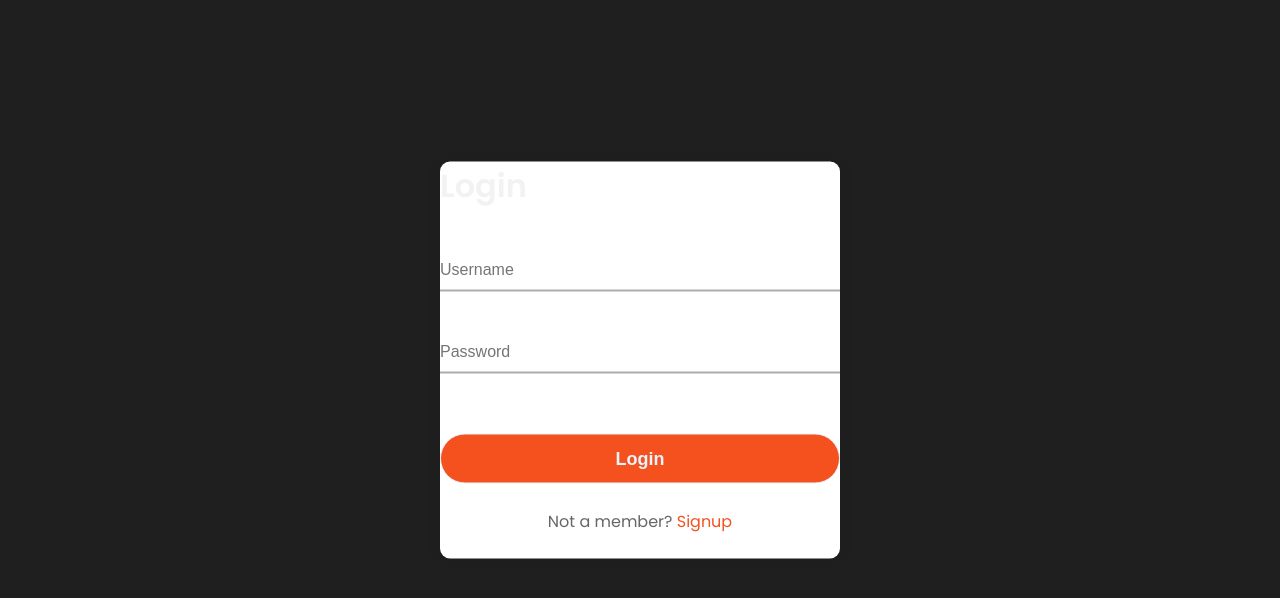
Repository: long5122000/Shopc
Page: login.html
An editor plug-in stored every save of this project. The page is shown before and after the next save, followed by the edit.
The browser window is 1280 px wide. The pictures show the whole page.
The style sheet was rebuilt from its Sass, Less or Tailwind sources for each picture, by a compiler version that may differ from the author's.

Above is the page before, as saved 2021-11-30 20:57:14.

### login.html
<!DOCTYPE html>
<html lang="en">
  <head>
    <meta charset="UTF-8" />
    <meta http-equiv="X-UA-Compatible" content="IE=edge" />
    <meta name="viewport" content="width=device-width, initial-scale=1.0" />
    <title>Document</title>
    <link rel="stylesheet" href="./css/app.css" />
  </head>
  <body>
    <div class="container-ds">
      <h1>Login</h1>
      <form>
        <div class="form-control">
          <input type="text" id="username" placeholder="Username" />
          <span></span>
          <small></small>
        </div>

        <div class="form-control">
          <input type="password" id="password" placeholder="Password" />
          <span></span>
          <small></small>
        </div>

        <input type="submit" value="Login" />
        <div class="signup_link">
          Not a member? <a href="./register.html">Signup</a>
        </div>
      </form>
    </div>
  </body>
</html>

### sass/app.scss
@import "variables";
@import "reset";
@import "mixin";
@import "base";
@import "header";
@import "cart";
@import "search";
@import "info";
@import "home";
@import "category";
@import "about";
@import "hot";
@import "discount";
@import "new";
@import "newsletter";
@import "footer";
@import "modal";
@import "scroll";
@import "register";
@import "breakpoints";

### sass/_variables.scss
@import url("https://fonts.googleapis.com/css2?family=Poppins:wght@400;500;600;900&display=swap");
:root {
  --header-height: 3.5rem;
  /* Colors */
  --hue: 14;
  --first-color: hsl(var(--hue), 91%, 54%);
  --menu-color: hsl(31, 76%, 74%);
  --button-color: hsl(0, 0%, 24%);
  --button-color-alt: hsl(0, 0%, 28%);
  --title-color: hsl(0, 0%, 95%);
  --text-color: hsl(0, 0%, 75%);
  --body-color: hsl(0, 0%, 12%);
  --container-color: hsl(0, 0%, 16%);
  --border-color: hsl(0, 0%, 20%);
  --border-color: hsl(0, 0%, 94%);
  --dark1: #3e363f;
  --dark2: #212527;
  --light1: #fffce8;
  --light2: #edf7f6;
  --red: #df4747;
  --green: #47df5b;
  --transition250: all 250ms ease-in-out;
  --transition500: all 500ms ease-in-out;
  /* Font and typography */
  --body-font: "Poppins", sans-serif;
  --biggest-font-size: 2rem;
  --h1-font-size: 1.5rem;
  --h2-font-size: 1.25rem;
  --h3-font-size: 1rem;
  --normal-font-size: 0.938rem;
  --small-font-size: 0.813rem;
  /* font weight */
  --font-medium: 500;
  --font-semi-bold: 600;
  --font-black: 900;
  /* margenes bottom */
  --mb-0-25: 0.25rem;
  --mb-0-5: 0.5rem;
  --mb-0-75: 0.75rem;
  --mb-1: 1rem;
  --mb-1-5: 1.5rem;
  --mb-2: 2rem;
  --mb-2-5: 2.5rem;
  /* z-index */
  --z-tooltip: 10;
  --z-fixed: 100;

  @media screen and (min-width: 992px) {
    --biggest-font-size: 4rem;
    --h1-font-size: 2.25rem;
    --h2-font-size: 1.5rem;
    --h3-font-size: 1.25rem;
    --normal-font-size: 1rem;
    --small-font-size: 0.875rem;
    --smaller-font-size: 0.813rem;
  }
}

/*=============== GOOGLE FONTS ===============*/

### sass/_reset.scss
html {
  box-sizing: border-box;
}
* {
  margin: 0;
  padding: 0;
}
*,
*:before,
*:after {
  box-sizing: border-box;
}
input,
textarea,
select,
button {
  outline: none;
  border: none;
}
input {
  line-height: normal;
}
label,
button {
  cursor: pointer;
}
a {
  text-decoration: none;
}
img {
  display: block;
  max-width: 100%;
}

### sass/_mixin.scss
@mixin flex(
  $align: flex-start,
  $justify: flex-start,
  $wrap: nowrap,
  $dir: row
) {
  display: flex;
  justify-content: $justify;
  align-items: $align;
  flex-wrap: $wrap;
  flex-direction: $dir;
}
@mixin maxw($breakpoint) {
  @media screen and (max-width: $breakpoint) {
    @content;
  }
}
@mixin minw($breakpoint) {
  @media screen and (min-width: $breakpoint) {
    @content;
  }
}
@mixin center {
  display: flex;
  justify-content: center;
  align-items: center;
}

### sass/_base.scss
* {
  box-sizing: border-box;
  padding: 0;
  margin: 0;
}
html {
  scroll-behavior: smooth;
}
body {
  margin: var(--header-height) 0 0 0;
  font-family: var(--body-font);
  font-size: var(--normal-font-size);
  background: var(--body-color);
  color: var(--text-color);
}
h1,
h2,
h3,
h4 {
  color: var(--title-color);
  font-weight: var(--font-semi-bold);
}
ul {
  list-style: none;
}
.section {
  padding: 4.5rem 0 2rem;
}
.section__title {
  font-size: var(--h2-font-size);
  margin-bottom: var(--mb2);
  text-align: center;
}
.container {
  max-width: 1240px;
  margin-left: var(--mb-1-5);
  margin-right: var(--mb-1-5);
}
.grid {
  display: grid;
}
.main {
  overflow: hidden;
}
::-webkit-scrollbar {
  width: 0.6rem;
  background: #413e3e;
}
::-webkit-scrollbar-thumb {
  background: #272525;
  border-radius: 0.5rem;
}
.button {
  display: inline-block;
  background-color: var(--first-color);
  color: var(--title-color);
  padding: 1rem 1.75rem;
  border-radius: 0.5rem;
  font-weight: var(--font-medium);
  transition: 0.3s;
  &:hover {
    background-color: var(--first-color-alt);
  }
  &--ghost {
    border: 2px solid;
    background-color: transparent;
    border-radius: 3rem;
    padding: 0.75rem 1.5rem;
    &:hover {
      background: none;
    }
  }
  &__icon {
    font-size: 1.25rem;
  }
  &--link {
    color: var(--title-color);
  }
  &--flex {
    display: inline-flex;
    align-items: center;
    column-gap: 0.5rem;
  }
}

### sass/_header.scss
.header {
  width: 100%;
  background: var(--body-color);
  position: fixed;
  top: 0;
  left: 0;
  z-index: var(--z-fixed);
}
.nav {
  height: var(--header-height);
  @include flex(center, space-between);
  &__logo {
    @include flex(center);
    column-gap: 0.5rem;
    font-weight: var(--font-medium);
    &-img {
      width: 1.25rem;
    }
  }
  &__link,
  &__logo,
  &__toggle,
  &__close {
    color: var(--title-color);
  }
  &__toggle {
    font-size: 1.25rem;
    cursor: pointer;
  }
  @include maxw(767px) {
    &__menu {
      position: fixed;
      width: 100%;
      background: var(--container-color);
      top: -150%;
      left: 0;
      padding: 3.5rem 0;
      transition: 0.4s;
      z-index: var(--z-fixed);
      border-radius: 0 0 1.5rem 1.5rem;
    }
  }
  &__img {
    width: 100px;
    position: absolute;
    top: 0;
    left: 0;
  }
  &__close {
    font-size: 1.8rem;
    position: absolute;
    top: 0.5rem;
    right: 0.7rem;
    cursor: pointer;
  }
  &__list {
    @include flex(center, flex-start, nowrap, column);
    row-gap: 1.5rem;
  }
  &__link {
    text-transform: uppercase;
    font-weight: var(--font-black);
    transition: 0.4;
    &:hover {
      color: var(--text-color);
    }
  }
  &__btns {
    display: flex;
    font-size: var(--h2-font-size);
    gap: 0 20px;
  }
  &__shop {
    font-size: 1.25rem;
    cursor: pointer;
  }
}

.show-menu {
  top: 0;
}

.active {
  &-link {
    position: relative;
    &::before {
      content: "";
      position: absolute;
      bottom: -0.75rem;
      left: 45%;
      width: 5px;
      height: 5px;
      background-color: var(--title-color);
      border-radius: 50%;
    }
  }
}

### sass/_cart.scss
/*=============== CART ===============*/
.cart {
  position: fixed;
  background-color: rgb(59, 59, 59);
  z-index: var(--z-fixed);
  width: 100%;
  height: 100%;
  top: 0;
  right: -100%;
  padding: 3.5rem 2rem;
  transition: 0.4s;
  overflow-y: scroll;

  &__title-center {
    font-size: var(--h2-font-size);
    text-align: center;
    margin-bottom: var(--mb-3);
  }

  &__close {
    font-size: 2rem;
    color: var(--title-color);
    position: absolute;
    top: 1.25rem;
    right: 0.9rem;
    cursor: pointer;
  }

  &__container {
    display: grid;
    row-gap: 1.5rem;
  }

  &__card {
    display: flex;
    align-items: center;
    column-gap: 1rem;
  }
  &__box {
    background-color: var(--container-color);
    padding: 0.75rem 1.25rem;
    border: 1px solid #5c5c5c;
  }
  &__img {
    width: 50px;
  }
  &__title {
    font-size: var(--normal-font-size);
    margin-bottom: 0.5rem;
  }
  &__price {
    display: block;
    font-size: var(--small-font-size);
    color: var(--menu-color);
    margin-bottom: var(--mb-1-5);
  }
  &__amount,
  &__amount-content {
    display: flex;
    align-items: center;
  }
  &__amount {
    column-gap: 3rem;

    &-content {
      column-gap: 1rem;
    }
    &-box {
      display: inline-flex;
      padding: 0.25rem;
      background-color: var(--container-color);
      border: 1px solid var(--border-color);
      cursor: pointer;
    }
    &-trash {
      font-size: 1.15rem;
      color: var(--menu-color);
      cursor: pointer;
    }
  }
  &__prices {
    margin-top: 6rem;
    display: flex;
    justify-content: space-between;

    &-item,
    &-total {
      color: var(--title-color);
    }
    &-item {
      font-size: var(--small-font-size);
    }
    &-total {
      font-size: var(--h3-font-size);
      font-weight: var(--font-medium);
    }
  }
  &::-webkit-scrollbar {
    display: none;
  }
}

/* Show cart */
.show-cart {
  right: 0;
}

### sass/_search.scss
.search-box {
  width: 1px;
  height: 30px;
  background-color: rgb(88, 88, 88);
  position: relative;

  transition: all 0.5s ease;
  border-radius: 15px;
}

.search-box.open {
  width: 220px;
}

.search-input {
  width: 100%;
  height: 100%;
  border: none;
  box-shadow: none;
  background: transparent;
  color: #fff;
  padding: 20px 20px;
  font-size: 20px;
}

.search-btn {
  color: rgba(191, 191, 191);
  outline: none;
  border: none;

  position: absolute;
  right: -0;
  top: 0;
  cursor: pointer;
  font-size: 25px;
  background-color: transparent;
}

### sass/_info.scss
.info {
  position: fixed;
  background-color: rgb(59, 59, 59);
  z-index: var(--z-fixed);
  width: 100%;
  height: 100%;
  top: 0;
  right: -100%;
  padding: 5.5rem 1rem;
  transition: 0.4s;
  overflow-y: scroll;
  &__close {
    font-size: 2rem;
    color: var(--title-color);
    position: absolute;
    top: 1.25rem;
    right: 0.9rem;
    cursor: pointer;
  }
}
.show-info {
  right: 0;
}

### sass/_home.scss
.home {
  &__content {
    row-gap: 1rem;
  }
  &__group {
    display: grid;
    position: relative;
    padding-top: 2rem;
  }
  &__image {
    height: 250px;
    justify-self: center;
  }
  &__indicator {
    width: 8px;
    height: 8px;
    background-color: var(--title-color);
    border-radius: 50%;
    position: absolute;
    top: 7rem;
    right: 2rem;
    &::after {
      content: "";
      position: absolute;
      width: 1px;
      height: 48px;
      background-color: var(--title-color);
      top: -3rem;
      right: 45%;
    }
  }
  &__details {
    &-img {
      position: absolute;
      right: 0.5rem;
    }
    &-title,
    &-subtitle {
      display: block;
      font-size: var(--small-font-size);
      text-align: right;
    }
  }
  &__subtitle {
    font-size: var(--h3-font-size);
    text-transform: uppercase;
    margin-bottom: var(--mb-1);
  }
  &__title {
    font-size: var(--biggest-font-size);
    font-weight: var(--font-black);
    line-height: 109%;
    margin-bottom: var(--mb-1);
  }
  &__description {
    margin-bottom: var(--mb-1);
  }
  &__buttons {
    @include flex(center, space-between);
  }
}

.swiper {
  &-pagination {
    position: initial;
    margin-top: var(--mb-1);
    &-bullet {
      width: 5px;
      height: 5px;
      background-color: var(--title-color);
      opacity: 1;
    }
  }
}
.swiper-pagination-horizontal.swiper-pagination-bullets .swiper-pagination-bullet {
  margin: 0 0.5rem;
}
.swiper-pagination-bullet-active {
  width: 1.5rem;
  height: 5px;
  border-radius: 0.5rem;
}

### sass/_category.scss
.category {
  &__container {
    grid-template-columns: repeat(2, 1fr);
    gap: 1rem 2rem;
  }
  &__data {
    text-align: center;
  }
  &__image {
    width: 120px;
    margin: 0 auto;
    transition: 0.3s;
  }
  &__title {
    margin-bottom: var(--mb-0-25);
  }
  &__data:hover {
    .category {
      &__image {
        transform: translateY(-0.5rem);
      }
    }
  }
}
.scroll {
  &-header {
    background: var(--container-color);
  }
}

### sass/_about.scss
.about {
  &__container {
    row-gap: 2rem;
  }
  &__data {
    text-align: center;
  }
  &__description {
    margin-bottom: var(--mb-2);
  }
  &__image {
    width: 200px;
    justify-self: center;
  }
}

### sass/_hot.scss
.hot {
  &__container {
    grid-template-columns: repeat(2, 1fr);
    gap: 1.5rem;
    padding: 1rem;
  }
  &__content {
    position: relative;
    background: var(--container-color);
    border-radius: 1rem;
    padding: 1.5rem 0 1rem 0;
    text-align: center;
    overflow: hidden;

    &:hover .hot__image {
      transform: translateY(-0.5rem);
    }
    &:hover .hot__button {
      right: 0;
    }
  }
  &__image {
    width: 90px;
    transition: 0.3s;
    margin: 0 auto;
  }
  &__subtitle,
  &__price {
    display: block;
  }
  &__subtitle {
    font-size: var(--smaller-font-size);
    margin-bottom: var(--mb-0-5);
  }
  &__title,
  &__price {
    color: var(--title-color);
    font-weight: var(--font-medium);
    font-size: var(--normal-font-size);
  }
  &__button {
    display: flex;
    flex-direction: column;
    gap: 5px 0;
    padding: 0.5rem;
    border-radius: 0.25rem 0.25rem 0.75rem 0.25rem;
    position: absolute;
    right: -3rem;
    bottom: 0;
  }
  &__icon {
    font-size: 1.25rem;
    color: var(--title-color);
    &--bt {
      border-bottom: 1px solid gray;
      padding-bottom: 4px;
    }
    &:hover {
      color: var(--first-color);
    }
  }
}

### sass/_discount.scss
.discount {
  &__container {
    background: var(--container-color);
    border-radius: 1rem;
    padding: 2.5rem 0 1.5rem;
    row-gap: 0.75rem;
  }
  &__data {
    text-align: center;
  }
  &__title {
    font-size: var(--h2-font-size);
    margin-bottom: var(--mb-2);
  }
  &__image {
    width: 200px;
    justify-self: center;
  }
}

### sass/_new.scss
.new {
  &__container {
    padding-top: 1rem;
  }
  &__image {
    width: 120px;
    height: 120px;
    transition: 0.3s;
    margin: 0 auto;
    margin-bottom: var(--mb-0-5);
  }
  &__content {
    position: relative;
    background: var(--container-color);
    width: 242px;
    padding: 2rem 0 1.5rem 0;
    border-radius: 0.75rem;
    text-align: center;
    overflow: hidden;

    &:hover .new__image {
      transform: translateY(-0.5rem);
    }
    &:hover .new__button {
      right: 0;
    }
  }
  &__tag {
    position: absolute;
    top: 8%;
    left: 8%;
    background-color: var(--first-color);
    color: var(--title-color);
    font-size: var(--small-font-size);
    padding: 0.25rem 0.5rem;
    border-radius: 0.25rem;
  }
  &__title {
    font-size: var(--normal-font-size);
    font-weight: var(--font-medium);
  }
  &__subtitle {
    display: block;
    font-size: (--small-font-size);
    margin-bottom: var(--mb-0-5);
  }
  &__prices {
    display: inline-flex;
    align-items: center;
    column-gap: 0.5rem;
  }
  &__price {
    font-weight: var(--font-medium);
    color: var(--title-color);
  }
  &__discount {
    color: var(--first-color);
    font-size: var(--small-font-size);
    text-decoration: line-through;
    font-weight: var(--font-medium);
  }
  &__button {
    display: flex;
    flex-direction: column;
    gap: 5px 0;
    padding: 0.5rem;
    border-radius: 0.25rem 0.25rem 0.75rem 0.25rem;
    position: absolute;
    bottom: 0;
    right: -3rem;
  }

  &__icon {
    font-size: 1.25rem;
    color: var(--title-color);
    &--bt {
      border-bottom: 1px solid gray;
      padding-bottom: 4px;
    }
    &:hover {
      color: var(--first-color);
    }
  }
}

### sass/_newsletter.scss
.newsletter {
  &__description {
    text-align: center;
    margin-bottom: var(--mb-1-5);
  }
  &__form {
    background: var(--container-color);
    padding: 1rem;
    @include flex(center, space-between);
    // display: flex;
    // justify-content: space-between;
    border-radius: 0.75rem;
  }
  &__input {
    width: 70%;
    padding: 0 0.5rem;
    background: none;
    color: var(--title-color);
    &::placeholder {
      color: var(--text-color);
    }
  }
}

### sass/_footer.scss
.footer {
  position: relative;
  overflow: hidden;
  &__image {
    &-one,
    &-two {
      position: absolute;
      transition: 0.3s;
      &:hover {
        transform: translateY(-0.5rem);
      }
    }
    &-one {
      width: 100px;
      top: 6rem;
      right: -2rem;
    }
    &-two {
      width: 150px;
      bottom: 4rem;
      right: 4rem;
    }
  }
  &__container {
    row-gap: 2rem;
  }
  &__logo {
    @include flex(center);
    column-gap: 0.5rem;
    margin-bottom: var(--mb-1);
    font-weight: var(--font-medium);
    color: var(--title-color);
    &-image {
      width: 20px;
    }
  }
  &__description {
    margin-bottom: var(--mb-2-5);
  }
  &__social {
    display: flex;
    column-gap: 0.75rem;
    &-link {
      display: inline-flex;
      background: var(--container-color);
      padding: 0.25rem;
      border-radius: 0.25rem;
      color: var(--title-color);
      font-size: 1rem;
      &:hover {
        background: var(--body-color);
      }
    }
  }
  &__title {
    font-size: var(--h3-font-size);
    margin-bottom: var(--mb-1);
  }
  &__links {
    display: grid;
    row-gap: 0.35rem;
  }
  &__link {
    font-size: var(--small-font-size);
    color: var(--text-color);
    transition: 0.3s;
    &:hover {
      color: var(--title-color);
    }
  }
  &__copy {
    display: block;
    text-align: center;
    font-size: var(--smaller-font-size);
    margin-top: 4.5rem;
  }
}

### sass/_modal.scss
.modal {
  position: fixed;
  top: 0;
  height: 100%;
  width: 100%;
  background: var(--container-color);
  transition: var(--transition250);
  opacity: 0;
  visibility: hidden;
  z-index: 100;
  border-radius: 8px;
  &__main {
    display: grid;
    grid-template-columns: 1fr;
    padding: 0 10px;
  }
  &__image {
    height: 100%;
    width: 100%;
    margin-top: var(--mb-2-5);
  }
  &__title {
    font-size: var(--h1-font-size);
    text-align: center;
    margin-top: var(--mb-2);
    margin-bottom: var(--mb-1-5);
  }
  &__desc {
    margin-bottom: var(--mb-1-5);
  }
  &__price {
    font-size: var(--h2-font-size);
    color: var(--first-color);
    margin-bottom: var(--mb-1-5);
  }
  &__button {
    text-align: center;
  }
  &__close {
    position: absolute;
    right: 5px;
    top: 5px;
    font-size: 2.5rem;
  }
}
.show-modal {
  opacity: 1;
  visibility: unset;
}

### sass/_scroll.scss
.scrollup {
  position: fixed;
  background: var(--first-color);
  right: 1rem;
  bottom: -20%;
  display: inline-flex;
  padding: 0.3rem;
  border-radius: 0.25rem;
  z-index: var(--z-tooltip);
  opacity: 0.8;
  transition: 0.4s;
  &:hover {
    background: var(--container-color);
    opacity: 1;
  }
  &__icon {
    font-size: 1.2rem;
    color: var(--title-color);
  }
}
.show-scroll {
  bottom: 3rem;
}

### sass/_register.scss
.container-ds {
  position: absolute;
  top: 50%;
  left: 50%;
  transform: translate(-50%, -50%);
  width: 400px;
  background: white;
  border-radius: 10px;
  box-shadow: 0px 0px 15px rgba(0, 0, 0, 0.05);
}

.container h1 {
  text-align: center;
  padding-top: 20px;
  color: var(--first-color);
}

.container form {
  padding: 0 40px;
}

form .form-control {
  position: relative;
  border-bottom: 2px solid #adadad;
  margin: 40px 0;
}

.form-control.success {
  border-bottom-color: var(--first-color);
}

.form-control.error {
  border-bottom-color: #e74c3c;
}

.form-control input {
  width: 100%;
  height: 40px;
  font-size: 16px;
  border: none;
  background: none;
  outline: none;
}

small {
  position: absolute;
  left: 0;
  top: 100%;
  margin-top: 3px;
  color: #e74c3c;
}

.form-control span::before {
  content: "";
  position: absolute;
  top: 40px;
  left: 0;
  width: 0%;
  height: 2px;
  background: var(--first-color);
  transition: 0.3s;
}

.form-control input:focus ~ span::before {
  width: 100%;
}

input[type="submit"] {
  margin-top: 20px;
  width: 100%;
  height: 50px;
  border: 1px solid;
  background: var(--first-color);
  border-radius: 25px;
  font-size: 18px;
  color: #e9f4fb;
  font-weight: 700;
  cursor: pointer;
  outline: none;
  transition: 0.5s;
}

input[type="submit"]:hover {
  background-color: #fc7b6d;
}

.signup_link {
  margin: 25px 0;
  text-align: center;
  font-size: 16px;
  color: #666666;
}

.signup_link a {
  color: var(--first-color);
  text-decoration: none;
}

.signup_link a:hover {
  text-decoration: underline;
}

Loaded but not shown: sass/_breakpoints.scss (355 lines, source omitted)

After the next save:
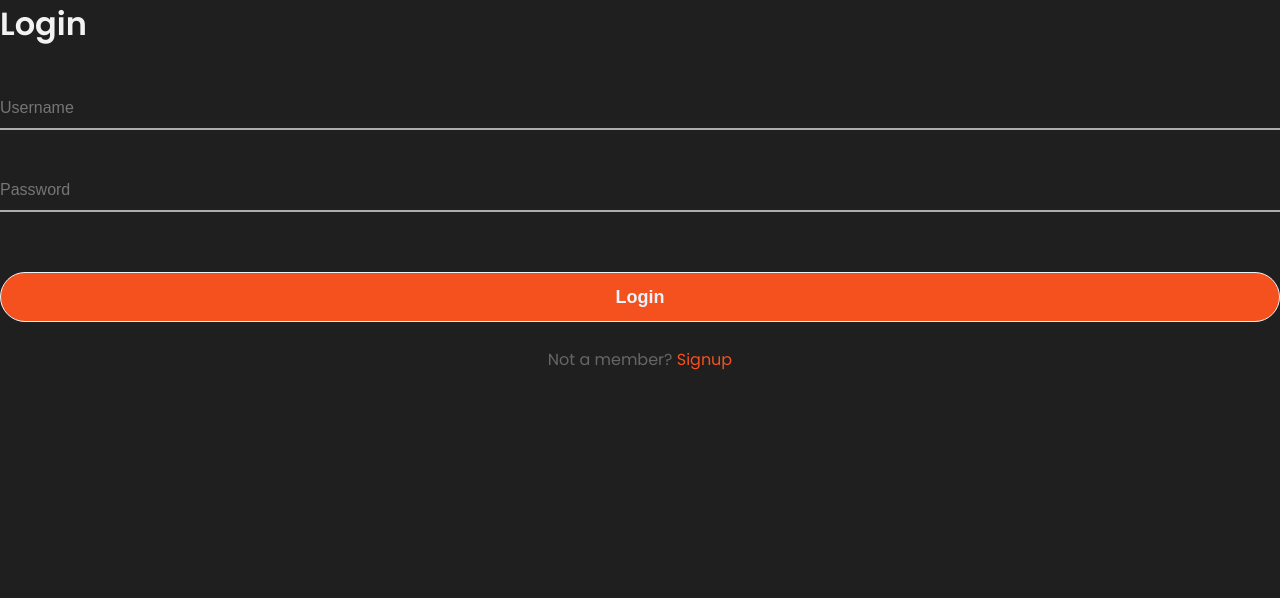
Saved 23 min 59 s later.
--- a/login.html
+++ b/login.html
@@ -8,11 +8,16 @@
     <link rel="stylesheet" href="./css/app.css" />
   </head>
   <body>
-    <div class="container-ds">
-      <h1>Login</h1>
+    <div class="container-rs">
+      <h1 class="register__title">Login</h1>
       <form>
         <div class="form-control">
-          <input type="text" id="username" placeholder="Username" />
+          <input
+            class="register__form"
+            type="text"
+            id="username"
+            placeholder="Username"
+          />
           <span></span>
           <small></small>
         </div>
